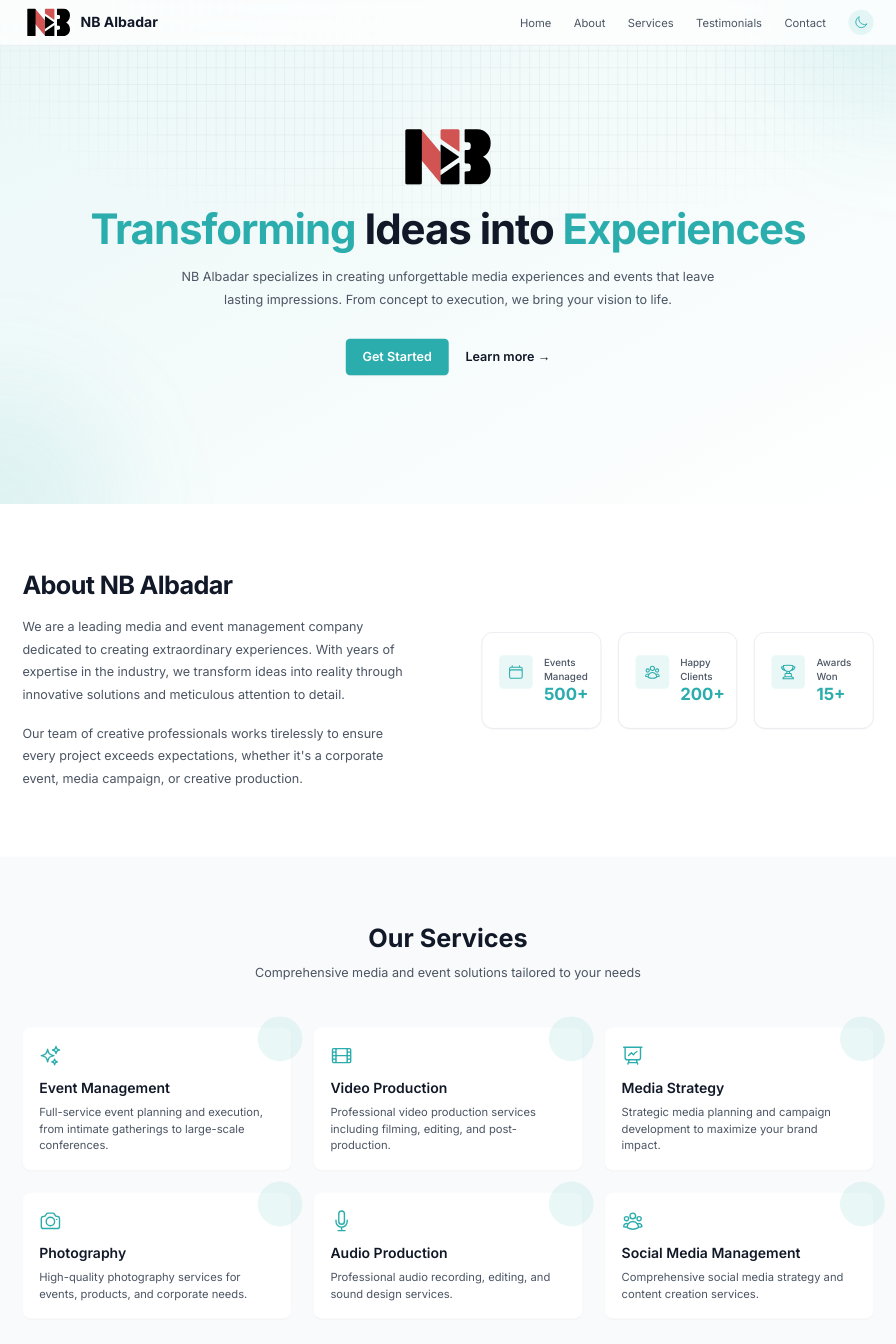
Repository: omartetano99/nb-albadr-website
Page: /
An editor plug-in stored every save of this project. The page is shown before and after the next save, followed by the edit.
The browser window is 1280 px wide. The pictures show the part of the page from y = 0 to 1920 px (the page is 3646 px tall), at 70% of full size.
The project was rebuilt for these pictures with package versions that can differ from the ones it lists, and the page was loaded fresh each time. The framework's server and built-in components were replaced by stand-ins that run in the browser. Also part of the build but not shown: next.config.mjs.

Above is the page before, as saved 2025-01-31 16:48:26.

### src/app/layout.tsx
import type { Metadata } from "next";
import { Inter } from "next/font/google";
import "./globals.css";
import { ThemeProvider } from "@/components/ThemeProvider";

const inter = Inter({ subsets: ["latin"] });

export const metadata: Metadata = {
  title: "Noon Brand Al-Badr Media & Event",
  description: "Professional media and event management services",
};

export default function RootLayout({
  children,
}: {
  children: React.ReactNode
}) {
  return (
    <html lang="en" suppressHydrationWarning>
      <body className={`${inter.className} antialiased`}>
        <ThemeProvider
          attribute="class"
          defaultTheme="system"
          enableSystem
          disableTransitionOnChange
        >
          <div className="min-h-screen bg-white dark:bg-gray-900 text-gray-900 dark:text-gray-100 transition-colors duration-300">
            {children}
          </div>
        </ThemeProvider>
      </body>
    </html>
  );
}

### src/app/page.tsx
import { Navbar } from '@/components/Navbar'
import { Hero } from '@/components/Hero'
import { About } from '@/components/About'
import { Services } from '@/components/Services'
import { Testimonials } from '@/components/Testimonials'
import { Contact } from '@/components/Contact'
import { Footer } from '@/components/Footer'

export default function Home() {
  return (
    <main>
      <Navbar />
      <Hero />
      <About />
      <Services />
      <Testimonials />
      <Contact />
      <Footer />
    </main>
  )
}

### src/app/globals.css
@tailwind base;
@tailwind components;
@tailwind utilities;

@layer base {
  html {
    @apply antialiased;
  }
}

:root {
  --background: #ffffff;
  --foreground: #171717;
}

@media (prefers-color-scheme: dark) {
  :root {
    --background: #0a0a0a;
    --foreground: #ededed;
  }
}

body {
  color: var(--foreground);
  background: var(--background);
  font-family: Arial, Helvetica, sans-serif;
}

### src/components/ThemeProvider.tsx
'use client'

import { ThemeProvider as NextThemesProvider } from 'next-themes'
import { type ThemeProviderProps } from 'next-themes/dist/types'

export function ThemeProvider({ children, ...props }: ThemeProviderProps) {
  return (
    <NextThemesProvider
      attribute="class"
      defaultTheme="system"
      enableSystem
      {...props}
    >
      {children}
    </NextThemesProvider>
  )
}

### src/components/Navbar.tsx
'use client'

import { useState } from 'react'
import Link from 'next/link'
import Image from 'next/image'
import { motion, AnimatePresence } from 'framer-motion'
import { ThemeToggle } from './ThemeToggle'
import { Bars3Icon, XMarkIcon } from '@heroicons/react/24/outline'

const navLinks = [
  { href: '/', label: 'Home' },
  { href: '/about', label: 'About' },
  { href: '/services', label: 'Services' },
  { href: '/testimonials', label: 'Testimonials' },
  { href: '/contact', label: 'Contact' },
]

export function Navbar() {
  const [isOpen, setIsOpen] = useState(false)

  return (
    <nav className="fixed w-full bg-white/80 dark:bg-gray-900/80 backdrop-blur-sm z-50 border-b border-gray-200 dark:border-gray-800">
      <div className="max-w-7xl mx-auto px-4 sm:px-6 lg:px-8">
        <div className="flex items-center justify-between h-16">
          <Link href="/" className="flex items-center">
            <Image
              src="/logo-nb.svg"
              alt="NB Albadar Logo"
              width={40}
              height={40}
              className="h-10 w-auto invert dark:invert-0"
              priority
            />
            <span className="ml-2 text-xl font-bold text-gray-900 dark:text-white">
              NB Albadar
            </span>
          </Link>

          {/* Desktop Navigation */}
          <div className="hidden md:flex items-center space-x-8">
            {navLinks.map((link) => (
              <Link
                key={link.href}
                href={link.href}
                className="text-gray-600 dark:text-gray-300 hover:text-primary dark:hover:text-primary transition-colors"
              >
                {link.label}
              </Link>
            ))}
            <ThemeToggle />
          </div>

          {/* Mobile Navigation Button */}
          <div className="md:hidden flex items-center">
            <ThemeToggle />
            <button
              onClick={() => setIsOpen(!isOpen)}
              className="ml-2 p-2 rounded-md text-gray-600 dark:text-gray-300 hover:text-primary dark:hover:text-primary"
            >
              {isOpen ? (
                <XMarkIcon className="h-6 w-6" />
              ) : (
                <Bars3Icon className="h-6 w-6" />
              )}
            </button>
          </div>
        </div>
      </div>

      {/* Mobile Navigation Menu */}
      <AnimatePresence>
        {isOpen && (
          <motion.div
            initial={{ opacity: 0, height: 0 }}
            animate={{ opacity: 1, height: 'auto' }}
            exit={{ opacity: 0, height: 0 }}
            className="md:hidden border-t border-gray-200 dark:border-gray-800"
          >
            <div className="px-2 pt-2 pb-3 space-y-1">
              {navLinks.map((link) => (
                <Link
                  key={link.href}
                  href={link.href}
                  className="block px-3 py-2 rounded-md text-gray-600 dark:text-gray-300 hover:text-primary dark:hover:text-primary hover:bg-gray-100 dark:hover:bg-gray-800 transition-colors"
                  onClick={() => setIsOpen(false)}
                >
                  {link.label}
                </Link>
              ))}
            </div>
          </motion.div>
        )}
      </AnimatePresence>
    </nav>
  )
}

### src/components/About.tsx
'use client'

import { motion } from 'framer-motion'
import { CalendarIcon, UserGroupIcon, TrophyIcon } from '@heroicons/react/24/outline'

const stats = [
  {
    label: 'Events Managed',
    value: '500+',
    icon: CalendarIcon,
  },
  {
    label: 'Happy Clients',
    value: '200+',
    icon: UserGroupIcon,
  },
  {
    label: 'Awards Won',
    value: '15+',
    icon: TrophyIcon,
  },
]

export function About() {
  return (
    <section className="py-24 overflow-hidden">
      <div className="max-w-7xl mx-auto px-4 sm:px-6 lg:px-8">
        <div className="lg:grid lg:grid-cols-2 lg:gap-24 lg:items-center">
          <motion.div
            initial={{ opacity: 0, x: -20 }}
            whileInView={{ opacity: 1, x: 0 }}
            viewport={{ once: true }}
            transition={{ duration: 0.5 }}
          >
            <h2 className="text-3xl font-bold tracking-tight text-gray-900 dark:text-white sm:text-4xl">
              About NB Albadar
            </h2>
            <motion.p
              initial={{ opacity: 0, y: 20 }}
              whileInView={{ opacity: 1, y: 0 }}
              viewport={{ once: true }}
              transition={{ duration: 0.5, delay: 0.2 }}
              className="mt-6 text-lg leading-8 text-gray-600 dark:text-gray-300"
            >
              We are a leading media and event management company dedicated to creating
              extraordinary experiences. With years of expertise in the industry, we
              transform ideas into reality through innovative solutions and meticulous
              attention to detail.
            </motion.p>
            <motion.p
              initial={{ opacity: 0, y: 20 }}
              whileInView={{ opacity: 1, y: 0 }}
              viewport={{ once: true }}
              transition={{ duration: 0.5, delay: 0.3 }}
              className="mt-6 text-lg leading-8 text-gray-600 dark:text-gray-300"
            >
              Our team of creative professionals works tirelessly to ensure every
              project exceeds expectations, whether it's a corporate event, media
              campaign, or creative production.
            </motion.p>
          </motion.div>

          <motion.div
            initial={{ opacity: 0, x: 20 }}
            whileInView={{ opacity: 1, x: 0 }}
            viewport={{ once: true }}
            transition={{ duration: 0.5, delay: 0.4 }}
            className="mt-20 lg:mt-0"
          >
            <dl className="grid grid-cols-1 gap-6 sm:grid-cols-3">
              {stats.map((stat) => (
                <motion.div
                  key={stat.label}
                  whileHover={{ scale: 1.05 }}
                  className="relative bg-white dark:bg-gray-900 px-6 py-8 rounded-2xl shadow-sm border border-gray-200 dark:border-gray-800"
                >
                  <dt>
                    <div className="absolute bg-primary/10 rounded-md p-3">
                      <stat.icon
                        className="h-6 w-6 text-primary"
                        aria-hidden="true"
                      />
                    </div>
                    <p className="ml-16 text-sm font-medium text-gray-600 dark:text-gray-300">
                      {stat.label}
                    </p>
                  </dt>
                  <dd className="ml-16 text-2xl font-bold text-primary">
                    {stat.value}
                  </dd>
                </motion.div>
              ))}
            </dl>
          </motion.div>
        </div>
      </div>
    </section>
  )
}

### src/components/Services.tsx
'use client'

import { motion } from 'framer-motion'
import {
  FilmIcon,
  SparklesIcon,
  PresentationChartLineIcon,
  CameraIcon,
  MicrophoneIcon,
  UserGroupIcon,
} from '@heroicons/react/24/outline'

const services = [
  {
    title: 'Event Management',
    description: 'Full-service event planning and execution, from intimate gatherings to large-scale conferences.',
    icon: SparklesIcon,
  },
  {
    title: 'Video Production',
    description: 'Professional video production services including filming, editing, and post-production.',
    icon: FilmIcon,
  },
  {
    title: 'Media Strategy',
    description: 'Strategic media planning and campaign development to maximize your brand impact.',
    icon: PresentationChartLineIcon,
  },
  {
    title: 'Photography',
    description: 'High-quality photography services for events, products, and corporate needs.',
    icon: CameraIcon,
  },
  {
    title: 'Audio Production',
    description: 'Professional audio recording, editing, and sound design services.',
    icon: MicrophoneIcon,
  },
  {
    title: 'Social Media Management',
    description: 'Comprehensive social media strategy and content creation services.',
    icon: UserGroupIcon,
  },
]

const containerVariants = {
  hidden: {},
  visible: {
    transition: {
      staggerChildren: 0.1,
    },
  },
}

const itemVariants = {
  hidden: {
    opacity: 0,
    y: 20,
  },
  visible: {
    opacity: 1,
    y: 0,
    transition: {
      duration: 0.5,
    },
  },
}

export function Services() {
  return (
    <section className="py-24 bg-gray-50 dark:bg-gray-800/50">
      <div className="max-w-7xl mx-auto px-4 sm:px-6 lg:px-8">
        <div className="text-center">
          <motion.h2
            initial={{ opacity: 0, y: 20 }}
            whileInView={{ opacity: 1, y: 0 }}
            viewport={{ once: true }}
            transition={{ duration: 0.5 }}
            className="text-3xl font-bold text-gray-900 dark:text-white sm:text-4xl"
          >
            Our Services
          </motion.h2>
          <motion.p
            initial={{ opacity: 0, y: 20 }}
            whileInView={{ opacity: 1, y: 0 }}
            viewport={{ once: true }}
            transition={{ duration: 0.5, delay: 0.2 }}
            className="mt-4 text-lg text-gray-600 dark:text-gray-300"
          >
            Comprehensive media and event solutions tailored to your needs
          </motion.p>
        </div>

        <motion.div
          variants={containerVariants}
          initial="hidden"
          whileInView="visible"
          viewport={{ once: true }}
          className="mt-16 grid gap-8 sm:grid-cols-2 lg:grid-cols-3"
        >
          {services.map((service, index) => (
            <motion.div
              key={service.title}
              variants={itemVariants}
              whileHover={{ scale: 1.02 }}
              className="relative p-6 bg-white dark:bg-gray-900 rounded-xl shadow-sm hover:shadow-md transition-shadow"
            >
              <div className="absolute top-0 right-0 -mt-4 -mr-4 h-16 w-16 bg-primary/10 rounded-full" />
              <service.icon className="relative h-8 w-8 text-primary mb-4" />
              <h3 className="text-xl font-semibold text-gray-900 dark:text-white">
                {service.title}
              </h3>
              <p className="mt-2 text-gray-600 dark:text-gray-300">
                {service.description}
              </p>
            </motion.div>
          ))}
        </motion.div>
      </div>
    </section>
  )
}

### src/components/Testimonials.tsx
'use client'

import { motion } from 'framer-motion'
import { StarIcon } from '@heroicons/react/24/solid'

const testimonials = [
  {
    content:
      "Noon Brand Al-Badr transformed our corporate event into an unforgettable experience. Their attention to detail and professional approach exceeded our expectations.",
    author: "Sarah Johnson",
    role: "Marketing Director",
    company: "Tech Innovations Ltd",
  },
  {
    content:
      "The team's creativity and dedication to our media campaign was outstanding. They delivered results that went above and beyond our goals.",
    author: "Mohammed Al-Rashid",
    role: "CEO",
    company: "Global Solutions",
  },
  {
    content:
      "Working with Noon Brand was a game-changer for our brand. Their strategic approach and flawless execution made all the difference.",
    author: "Emily Chen",
    role: "Brand Manager",
    company: "Creative Studios",
  },
]

export function Testimonials() {
  return (
    <section className="py-24 bg-gray-50 dark:bg-gray-800/50">
      <div className="max-w-7xl mx-auto px-4 sm:px-6 lg:px-8">
        <motion.div
          initial={{ opacity: 0, y: 20 }}
          whileInView={{ opacity: 1, y: 0 }}
          viewport={{ once: true }}
          transition={{ duration: 0.5 }}
          className="text-center"
        >
          <h2 className="text-3xl font-bold text-gray-900 dark:text-white sm:text-4xl">
            What Our Clients Say
          </h2>
          <p className="mt-4 text-lg text-gray-600 dark:text-gray-300">
            Don't just take our word for it - hear from some of our satisfied clients
          </p>
        </motion.div>

        <div className="mt-16 grid gap-8 md:grid-cols-2 lg:grid-cols-3">
          {testimonials.map((testimonial, index) => (
            <motion.div
              key={testimonial.author}
              initial={{ opacity: 0, y: 20 }}
              whileInView={{ opacity: 1, y: 0 }}
              viewport={{ once: true }}
              transition={{ duration: 0.5, delay: index * 0.1 }}
              whileHover={{ scale: 1.02 }}
              className="relative bg-white dark:bg-gray-900 p-6 rounded-2xl shadow-sm"
            >
              <div className="absolute top-0 right-0 -mt-3 -mr-3">
                <div className="flex">
                  {[...Array(5)].map((_, i) => (
                    <StarIcon
                      key={i}
                      className="h-6 w-6 text-primary"
                      aria-hidden="true"
                    />
                  ))}
                </div>
              </div>

              <div className="mt-8">
                <blockquote>
                  <p className="text-lg text-gray-600 dark:text-gray-300">
                    "{testimonial.content}"
                  </p>
                </blockquote>
                <div className="mt-6">
                  <p className="font-medium text-gray-900 dark:text-white">
                    {testimonial.author}
                  </p>
                  <p className="mt-1 text-sm text-gray-600 dark:text-gray-400">
                    {testimonial.role} at {testimonial.company}
                  </p>
                </div>
              </div>
            </motion.div>
          ))}
        </div>
      </div>
    </section>
  )
}

### src/components/ThemeToggle.tsx
'use client'

import { SunIcon, MoonIcon } from '@heroicons/react/24/outline'
import { useTheme } from 'next-themes'
import { useEffect, useState } from 'react'
import { motion } from 'framer-motion'

export function ThemeToggle() {
  const [mounted, setMounted] = useState(false)
  const { theme, setTheme } = useTheme()

  useEffect(() => {
    setMounted(true)
  }, [])

  if (!mounted) return null

  return (
    <motion.button
      whileHover={{ scale: 1.05 }}
      whileTap={{ scale: 0.95 }}
      onClick={() => setTheme(theme === 'dark' ? 'light' : 'dark')}
      className="p-2 rounded-full bg-primary/10 hover:bg-primary/20 transition-colors"
      aria-label="Toggle theme"
    >
      {theme === 'dark' ? (
        <SunIcon className="w-5 h-5 text-primary" />
      ) : (
        <MoonIcon className="w-5 h-5 text-primary" />
      )}
    </motion.button>
  )
}

### tailwind.config.ts
import type { Config } from "tailwindcss";

const config: Config = {
  content: [
    "./src/pages/**/*.{js,ts,jsx,tsx,mdx}",
    "./src/components/**/*.{js,ts,jsx,tsx,mdx}",
    "./src/app/**/*.{js,ts,jsx,tsx,mdx}",
  ],
  darkMode: 'class',
  theme: {
    extend: {
      colors: {
        primary: {
          DEFAULT: '#2CADAD',
          light: '#33c2c2',
          dark: '#259898',
        },
        background: "var(--background)",
        foreground: "var(--foreground)",
      },
      animation: {
        'fade-in': 'fadeIn 0.5s ease-in-out',
        'slide-up': 'slideUp 0.5s ease-in-out',
      },
      keyframes: {
        fadeIn: {
          '0%': { opacity: '0' },
          '100%': { opacity: '1' },
        },
        slideUp: {
          '0%': { transform: 'translateY(20px)', opacity: '0' },
          '100%': { transform: 'translateY(0)', opacity: '1' },
        },
      },
    },
  },
  plugins: [],
}

export default config;

Loaded but not shown: src/components/Contact.tsx (159 lines, source omitted); src/components/Footer.tsx (121 lines, source omitted); src/components/Hero.tsx (108 lines, source omitted)

After the next save:
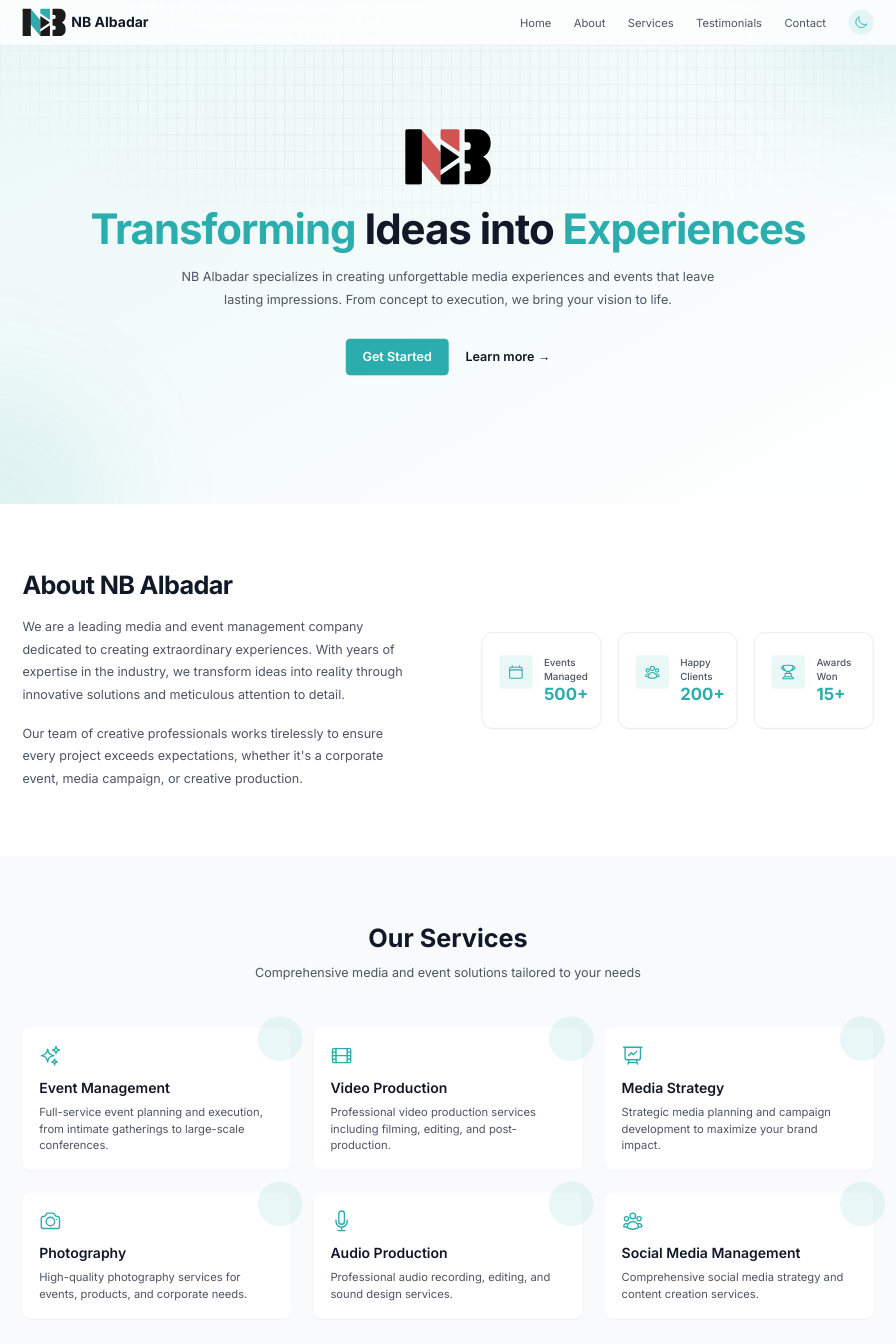
Saved 50 s later.
--- a/src/components/Navbar.tsx
+++ b/src/components/Navbar.tsx
@@ -1,11 +1,12 @@
 'use client'
 
-import { useState } from 'react'
+import { useState, useEffect } from 'react'
 import Link from 'next/link'
 import Image from 'next/image'
 import { motion, AnimatePresence } from 'framer-motion'
 import { ThemeToggle } from './ThemeToggle'
 import { Bars3Icon, XMarkIcon } from '@heroicons/react/24/outline'
+import { useTheme } from 'next-themes'
 
 const navLinks = [
   { href: '/', label: 'Home' },
@@ -17,20 +18,28 @@ const navLinks = [
 
 export function Navbar() {
   const [isOpen, setIsOpen] = useState(false)
+  const { theme } = useTheme()
+  const [mounted, setMounted] = useState(false)
+
+  useEffect(() => {
+    setMounted(true)
+  }, [])
 
   return (
     <nav className="fixed w-full bg-white/80 dark:bg-gray-900/80 backdrop-blur-sm z-50 border-b border-gray-200 dark:border-gray-800">
       <div className="max-w-7xl mx-auto px-4 sm:px-6 lg:px-8">
         <div className="flex items-center justify-between h-16">
           <Link href="/" className="flex items-center">
-            <Image
-              src="/logo-nb.svg"
-              alt="NB Albadar Logo"
-              width={40}
-              height={40}
-              className="h-10 w-auto invert dark:invert-0"
-              priority
-            />
+            {mounted && (
+              <Image
+                src={theme === 'dark' ? "/logo-nb.svg" : "/logo-nb-light.svg"}
+                alt="NB Albadar Logo"
+                width={40}
+                height={40}
+                className="h-10 w-auto"
+                priority
+              />
+            )}
             <span className="ml-2 text-xl font-bold text-gray-900 dark:text-white">
               NB Albadar
             </span>
